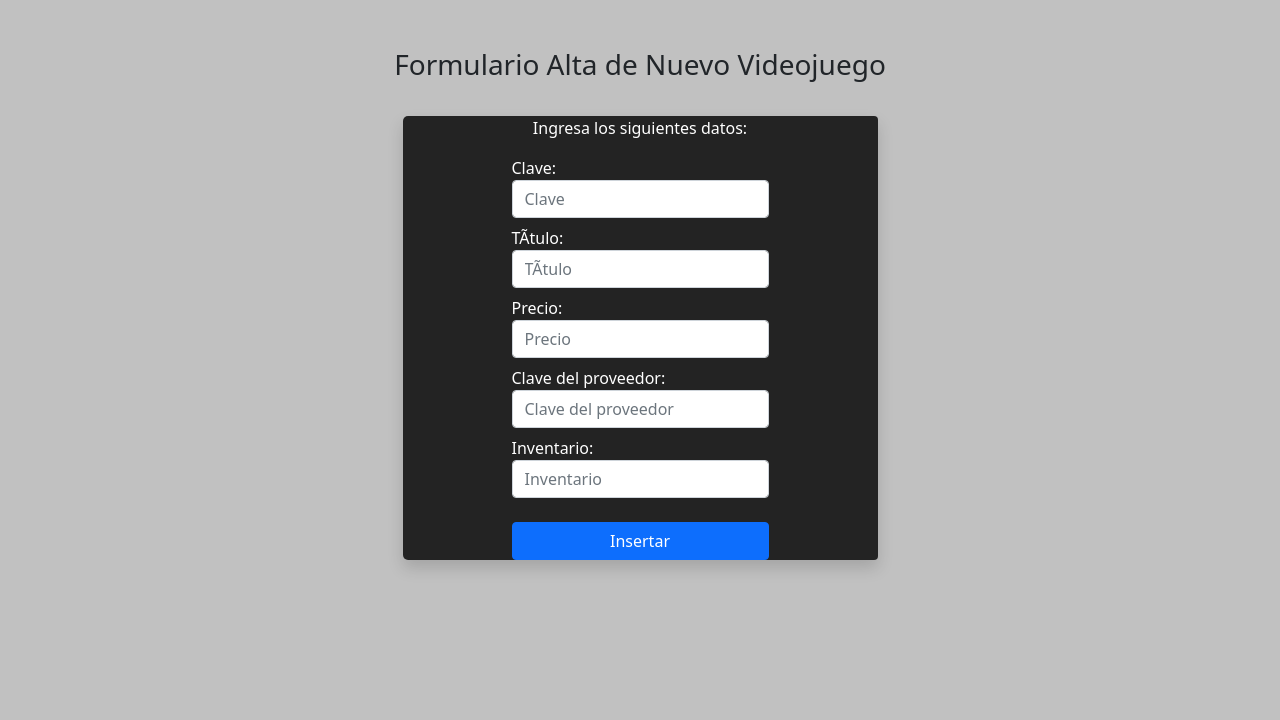
Repository: Jatziri16/JavaEE
Page: http://localhost/TiendaVideojuegos/FormularioInsertarVideojuego.jsp
The author's editor kept a copy of each file at every save. The page is drawn from the files as they stood at one save, then again after the next save.
The browser window is 1280 px wide. The pictures show the whole page.
The page is served by Tomcat 9. Other server files are loaded and not shown.

Above is the page before, as saved 2023-12-06 22:35:10.

### TiendaVideojuegos/src/main/webapp/FormularioInsertarVideojuego.jsp
<?xml version="1.0" encoding="UTF-8"?>
<!DOCTYPE HTML PUBLIC "-//W3C//DTD HTML 4.01//EN" "http://www.w3.org/TR/html4/strict.dtd">
<html = lang "es">
	<head>
		<meta charset="UTF-8">
		<title>Formulario Alta Videojuego</title>
		<link rel=stylesheet href="css/style.css" type="text/css">
		<!-- Bootstrap -->
	 	<link href="https://cdn.jsdelivr.net/npm/bootstrap@5.1.3/dist/css/bootstrap.min.css" rel="stylesheet" integrity="sha384-1BmE4kWBq78iYhFldvKuhfTAU6auU8tT94WrHftjDbrCEXSU1oBoqyl2QvZ6jIW3" crossorigin="anonymous">
		<script type="text/javascript" src="js/validaciones_vid.js"></script>
	</head>
	<body style='background-color: rgba(50, 50, 50, 0.3);'>
		<div id="fondo">
			<h3 class="text-center mt-5 mb-1">Formulario Alta de Nuevo Videojuego</h3>
			<div class="container rounded-3 contenedor">
				<div class="row align-items-stretch justify-content-center">
					<div class="login-container col-7 col-sm-6 col-md-5 col-xl-5 rounded-end shadow">
						<p class="text-center">Ingresa los siguientes datos:</p>
						<div class="centrar">
							<!-- FORM -->
							<form action="InsertarVideojuego.do" method="GET">
								<label for="clave">Clave:</label>
								<input class="form-control mb-2" type="text" placeholder="Clave" name="cve" id="clave">

								<label for="titulo">Título:</label>
								<input class="form-control mb-2" type="text" placeholder="Título" name="titulo" id="titulo">

								<label for="precio">Precio:</label>
								<input class="form-control mb-2" type="text" placeholder="Precio" name="precio" id="precio">

								<label for="cveprov">Clave del proveedor:</label>
								<input class="form-control mb-2" type="text" placeholder="Clave del proveedor" name="cveprov" id="cveprov">

								<label for="inventario">Inventario:</label>
								<input class="form-control mb-4" type="text" placeholder="Inventario" name="inventario" id="inventario">

								<button class="btn btn-primary w-100" onclick="validarForms()" type="button">Insertar</button>
							</form>
						</div>
					</div>
				</div>
			</div>
		</div>
	</body>
</html>

### TiendaVideojuegos/src/main/webapp/css/style.css
body
{
	background-color: gray;
}
h1
{
	text-align: center;
}
.contenedor {
    padding: 30px 0;
}

.centrar
{
display: flex;
  justify-content: center;
    /* margin: 0 auto; */
}
.centrar-2
{
	margin: 0 auto;
}
.invalido {
	margin-top: 5px;
    font-size: 80%;
}

.login-container {
    /* background-image: linear-gradient(rgba(0, 0, 0, 0.5), rgba(0, 0, 0, 0.5)), url(../../../../assets/imgs/login-bg.png); */
    background-size: cover;
    background-color: rgba(20, 20, 20, 0.908);
	border-radius: 5px;
    padding: 0px 50px;
    color: white;
}
.warning-container
{
	background-size: cover;
    background-color: red;
	border-radius: 5px;
    padding: 30px 50px;
    color: white;
}
.button {
  background-color: transparent; /* Green */
  border: none;
  padding: 5px 0;
  width: 100%;
  text-align: center;
  text-decoration: none;
  display: inline-block;
  font-size: 16px;
  margin: 4px 2px;
  transition-duration: 0.4s;
  cursor: pointer;
  border-radius: 8px;
}

.btn-insertar {
  color: white;
  border: 2px solid #4CAF50;
}
.btn-actualizar {
  color: white;
  border: 2px solid #db752d;
}
.btn-cancelar {
  color: white;
  border: 2px solid #474747;
}

.btn-insertar:hover {
  background-color: #4CAF50;
  color: white;
}
.btn-actualizar:hover {
  background-color: #db752d;
  color: white;
}
.btn-cancelar:hover {
  background-color: #474747;
  color: white;
}

/*input {
	border: 1px solid red;
}*/

### TiendaVideojuegos/src/main/webapp/js/validaciones_vid.js
function validarForms()
{
	console.log("ENTRO A validarForms()")
	let clave = document.getElementById("clave").value;
	let titulo = document.getElementById("titulo").value;
	let precio = document.getElementById("precio").value;
	let cveprov = document.getElementById("cveprov").value;
	let inv = document.getElementById("inventario").value;

	if(clave == "" || titulo == "" || precio == "" || cveprov == "" || inv == "") {
		setWarnsMsj();
	}
	else
	{
		alert("clave = "+clave+"\ntitulo = "+titulo+"\nprecio = "+precio+"\ncveprov = "+cveprov+"\ninv = "+inv)
		document.forms[0].action = "InsertarVideojuego.jsp?clave="+clave+"&titulo="+titulo+"&precio="+precio+"&cveprov="+cveprov+"&inventario="+inv;
		document.forms[0].method = "post";
		document.forms[0].submit();
		alert("Videojuego insertado");
	}
}

function setWarnsMsj()
{
    alert("Todos los campos son obligatorios")
}

After the next save:
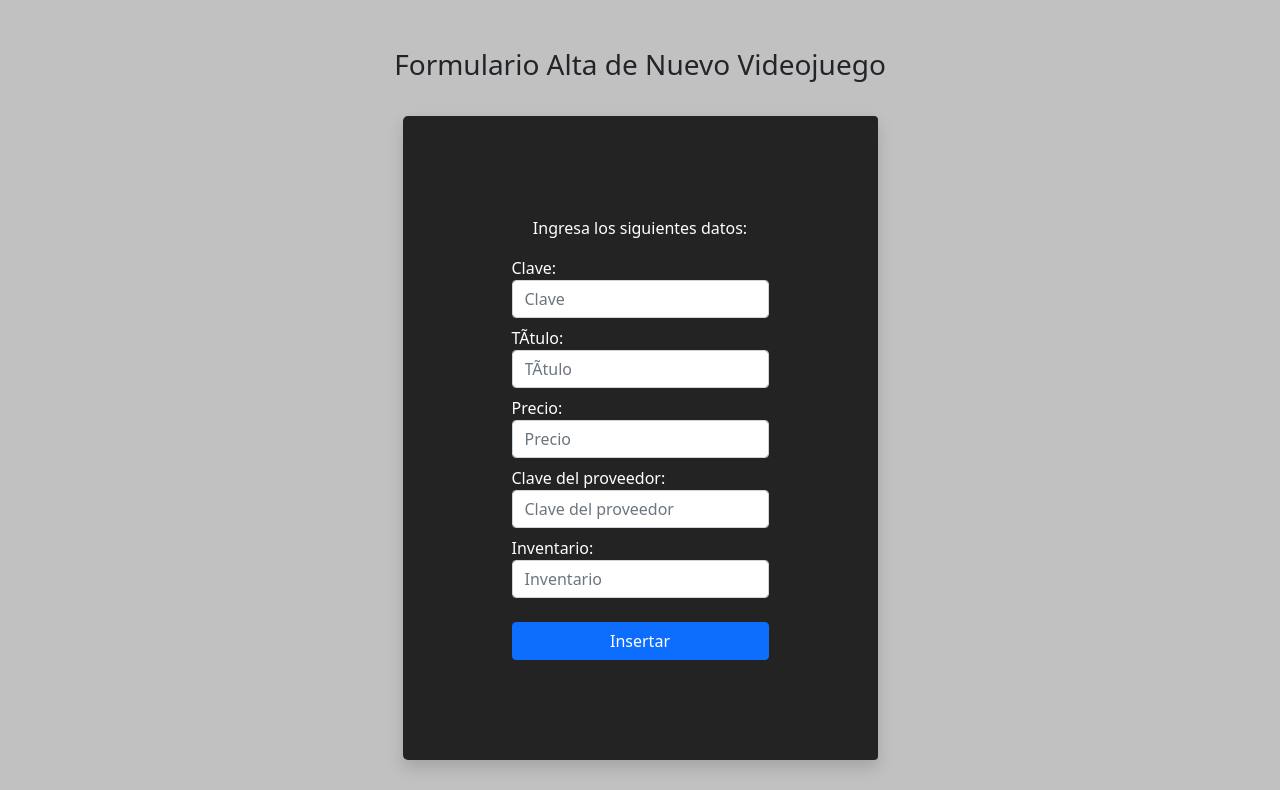
Saved 14 s later.
--- a/TiendaVideojuegos/src/main/webapp/css/style.css
+++ b/TiendaVideojuegos/src/main/webapp/css/style.css
@@ -30,7 +30,7 @@ display: flex;
     background-size: cover;
     background-color: rgba(20, 20, 20, 0.908);
 	border-radius: 5px;
-    padding: 0px 50px;
+    padding: 100px 50px;
     color: white;
 }
 .warning-container
